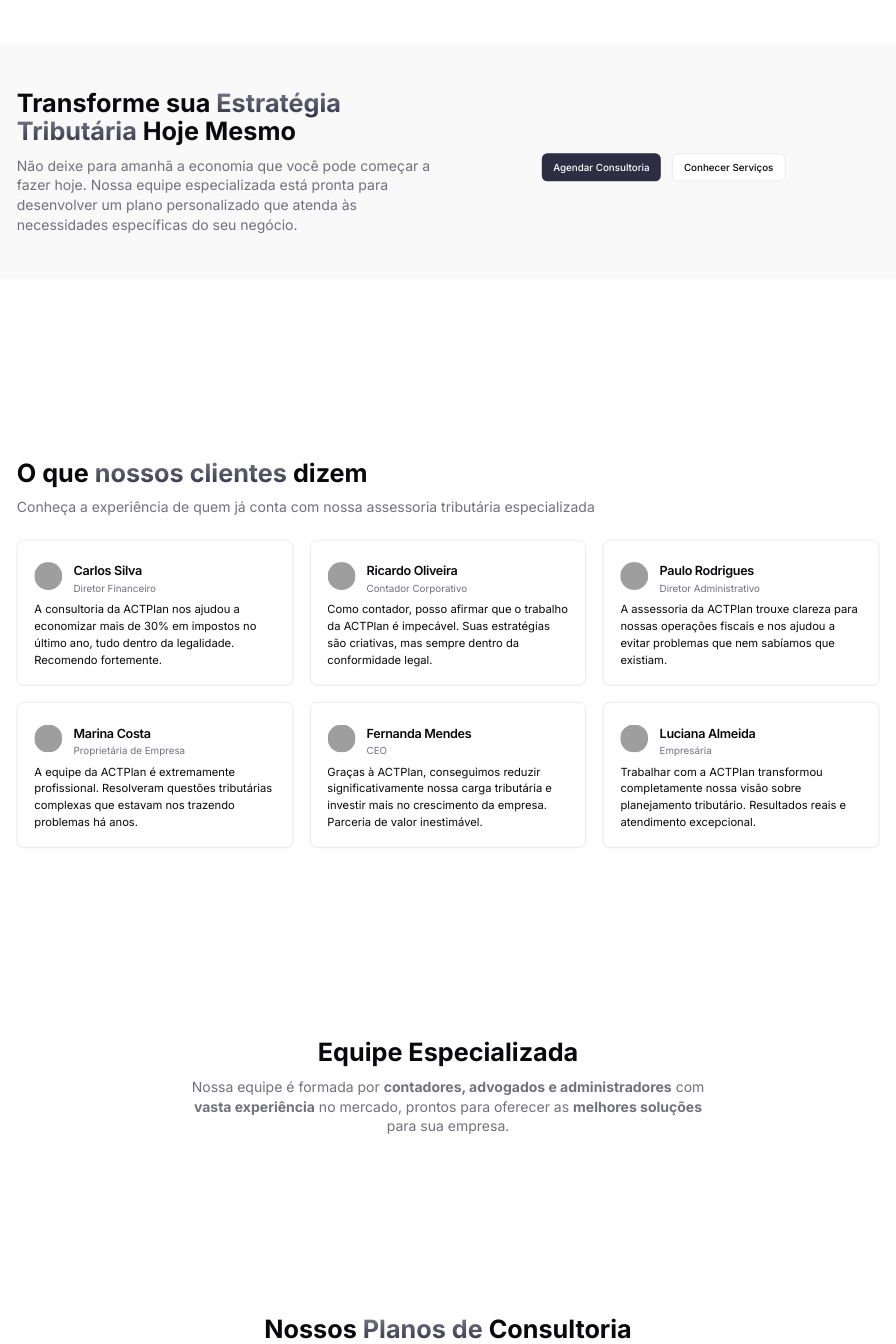
Repository: xoiurp/actplan-landing-page
Page: / (app in shadcn-landing-page-main/)
The author's editor kept a copy of each file at every save. The page is drawn from the files as they stood at one save, then again after the next save.
The browser window is 1280 px wide. The pictures show the part of the page from y = 4580 to 6500 px (the page is 8630 px tall), at 70% of full size.
Pictures or frames that could not be fetched are drawn as grey boxes. The project was rebuilt for these pictures with package versions that can differ from the ones it lists, and the page was loaded fresh each time. Also part of the build but not shown: shadcn-landing-page-main/vite.config.ts.

Above is the page before, as saved 2025-06-24 17:35:09.

After the next save:
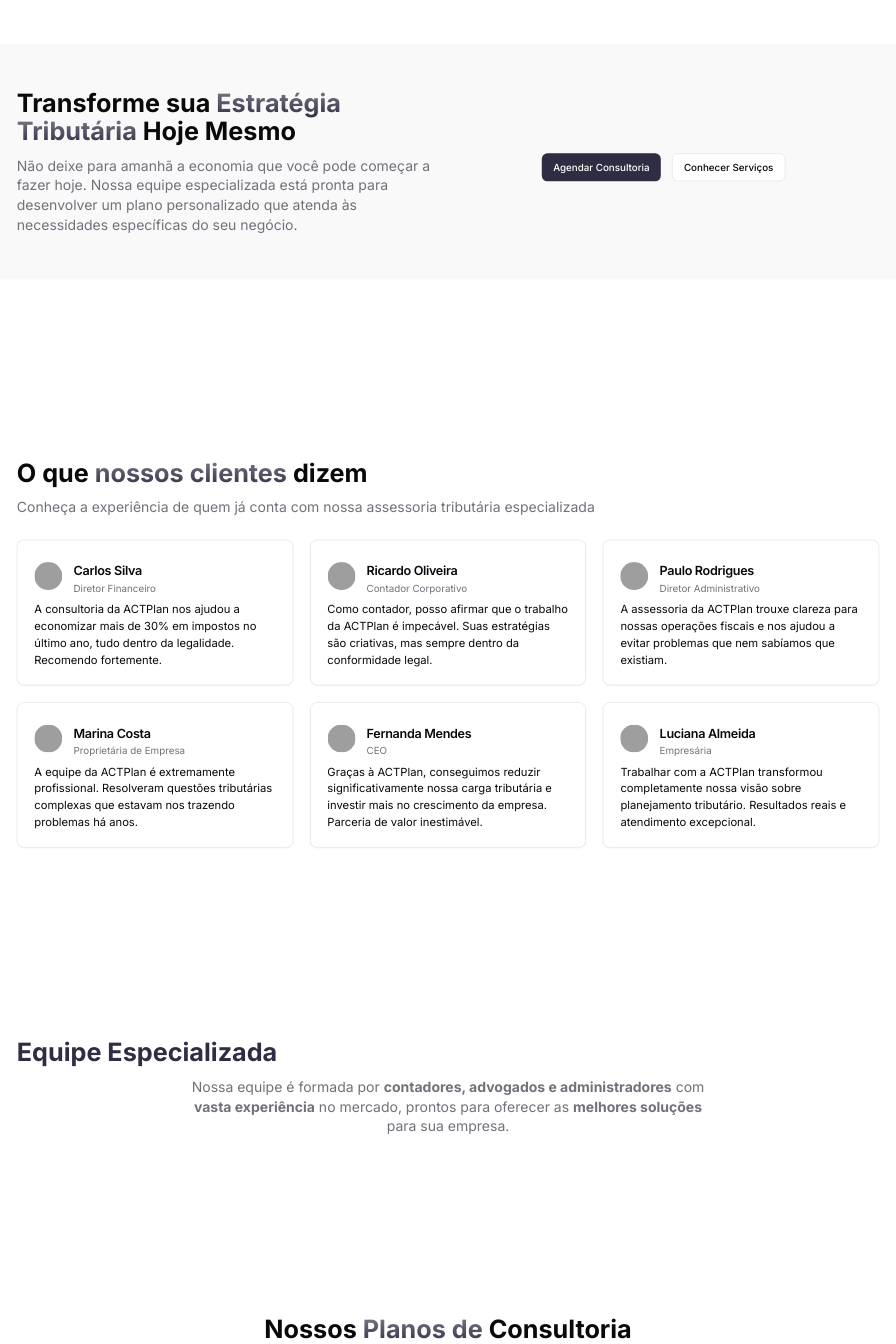
Saved 34 s later.
--- a/shadcn-landing-page-main/src/components/Team.tsx
+++ b/shadcn-landing-page-main/src/components/Team.tsx
@@ -4,7 +4,7 @@ export const Team = () => {
       id="team"
       className="container py-24 sm:py-32"
     >
-      <h2 className="text-3xl md:text-4xl font-bold text-center">
+      <h2 className="text-3xl md:text-4xl font-bold text-primary">
         Equipe Especializada
       </h2>
 
